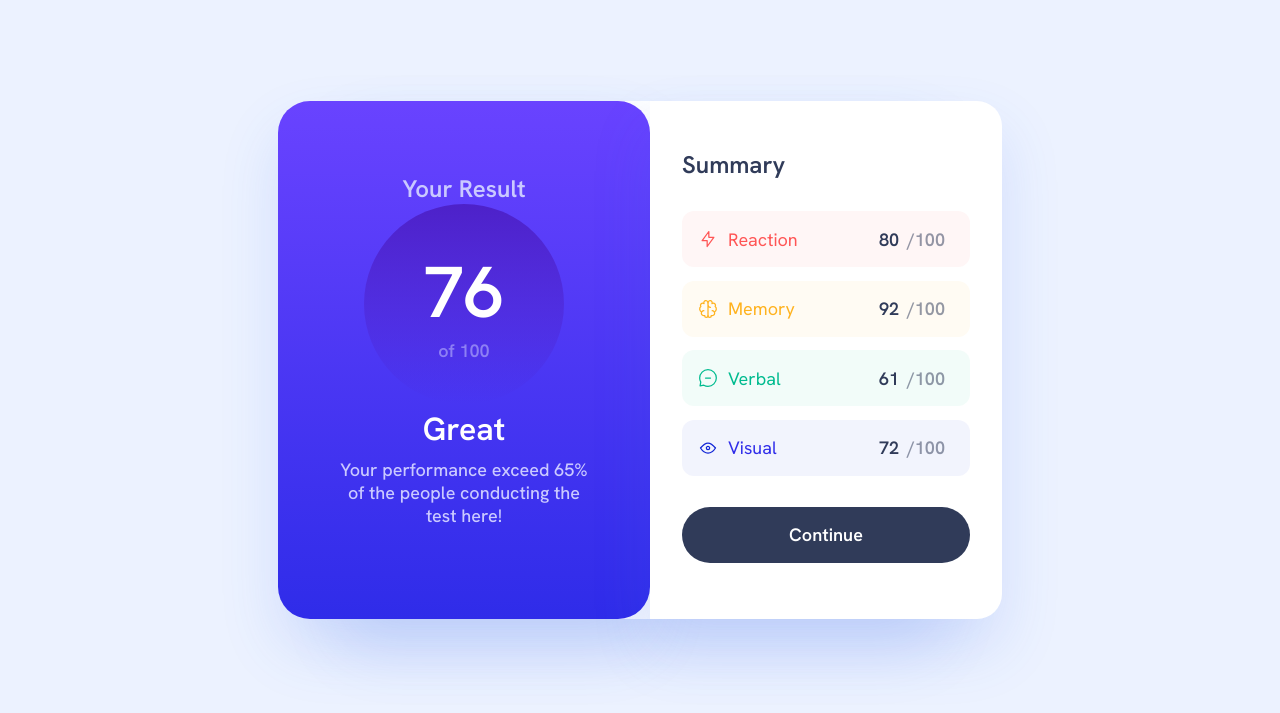
Repository: KamoliddinGIT/result-summary
Page: index.html
An editor plug-in stored every save of this project. The page is shown before and after the next save, followed by the edit.
The browser window is 1280 px wide. The pictures show the whole page.

Above is the page before, as saved 2023-09-08 17:09:27.

After the next save:
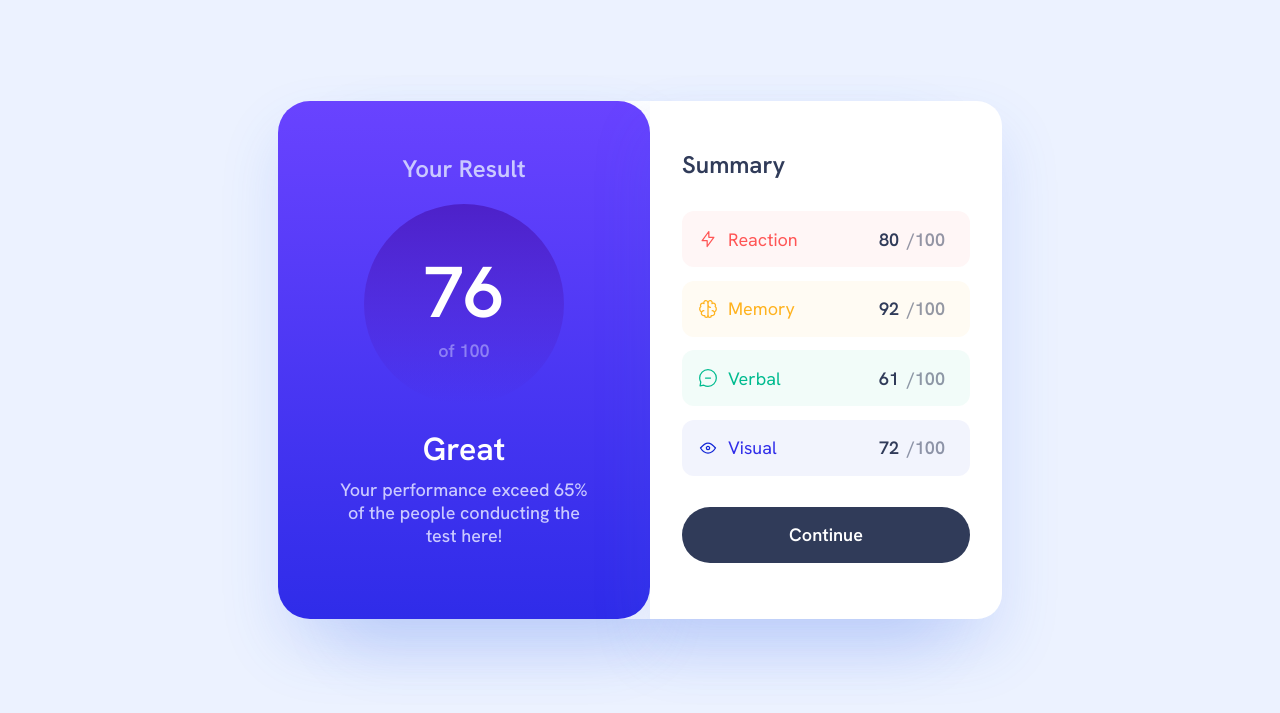
Saved 5 s later.
--- a/css/style.css
+++ b/css/style.css
@@ -71,6 +71,7 @@ body {
 }
 
 .result__heading {
+  margin-bottom: 20px;
   font-size: 24px;
 }
 
@@ -103,6 +104,7 @@ body {
 }
 
 .result__comment {
+  margin-top: 20px;
   display: flex;
   justify-content: space-around;
   align-items: center;
